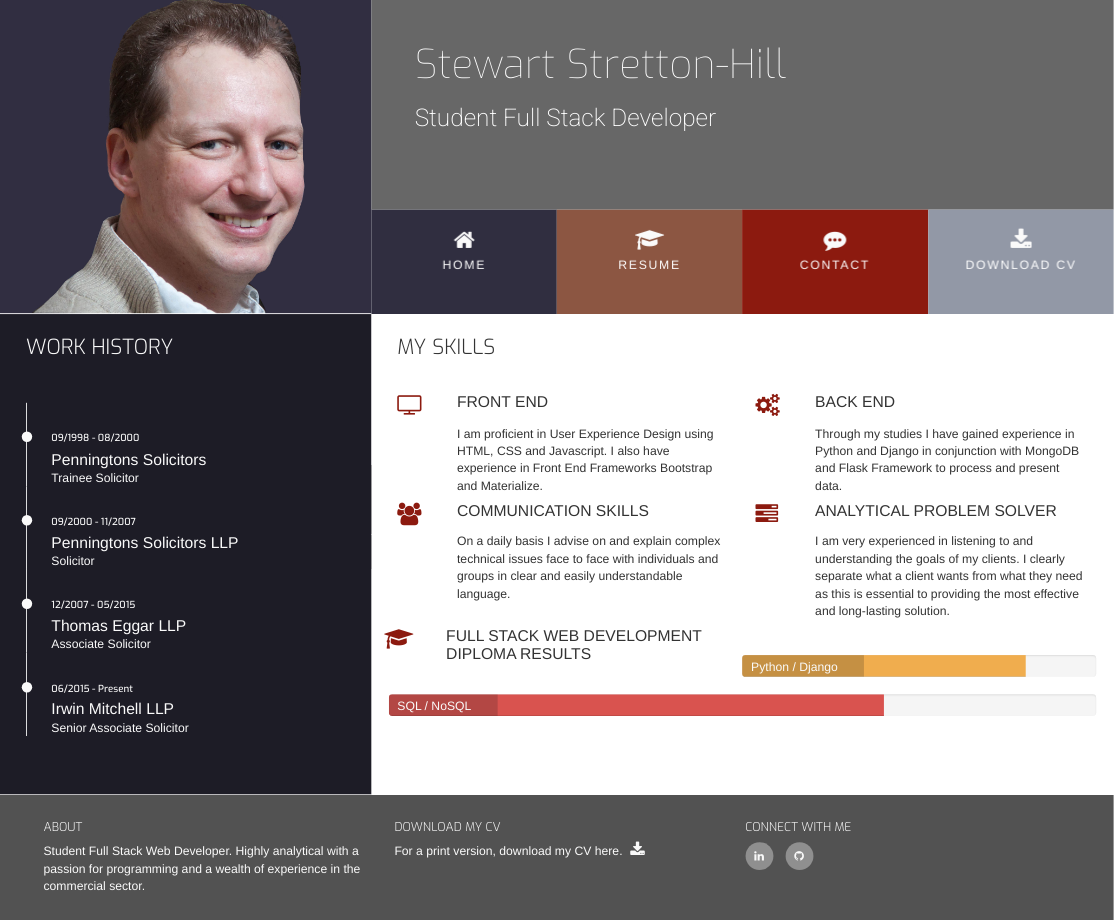
Repository: Shilldon/CV
Page: resume.html
The author's editor kept a record of every edit. The page is drawn from the files as they stood at one moment, then again after the next edit.
The browser window is 1280 px wide. The pictures show the whole page, at 87% of full size.

Above is the page before.

After the next edit:
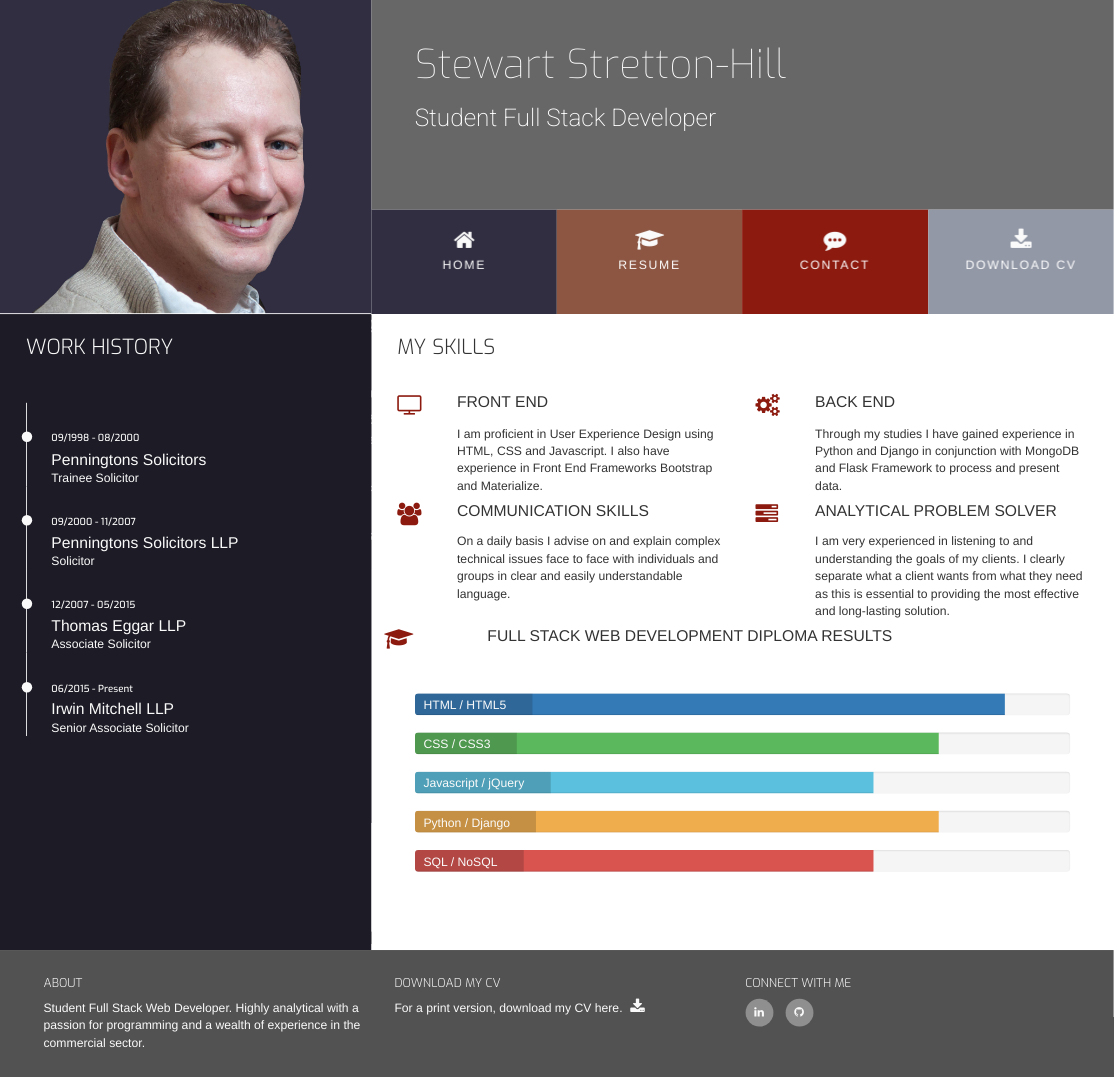
The edit:
--- a/resume.html
+++ b/resume.html
@@ -133,15 +133,17 @@
                             </div>
                         </div>
                     </div>
-                <div class="row">
-                    <div class="col-xs-10 col-xs-offset-1 col-sm-offset-0 col-sm-4 col-md-6">
-
-                  <div class="row">
-                        <div class="col-xs-2 col-sm-2 col-md-2">
-                            <i class="three-reasons-icon fa fa-graduation-cap" aria-hidden="true"></i>
-                        </div>
-                        <div class="col-xs-10 col-sm-10">
-                            <h4 class="three-reasons-heading uppercase">Full Stack Web Development Diploma Results</h4>
+                    <div class="row">
+                        <div class="col-xs-10 col-xs-offset-1 col-sm-offset-0 col-sm-10 col-md-10">
+
+                            <div class="row">
+                                <div class="col-xs-2 col-sm-2 col-md-2">
+                                    <i class="three-reasons-icon fa fa-graduation-cap" aria-hidden="true"></i>
+                                </div>
+                                <div class="col-xs-10 col-sm-10">
+                                    <h4 class="three-reasons-heading uppercase">Full Stack Web Development Diploma Results</h4>
+                                </div>
+                            </div>
                         </div>
                     </div>
                 </div>
